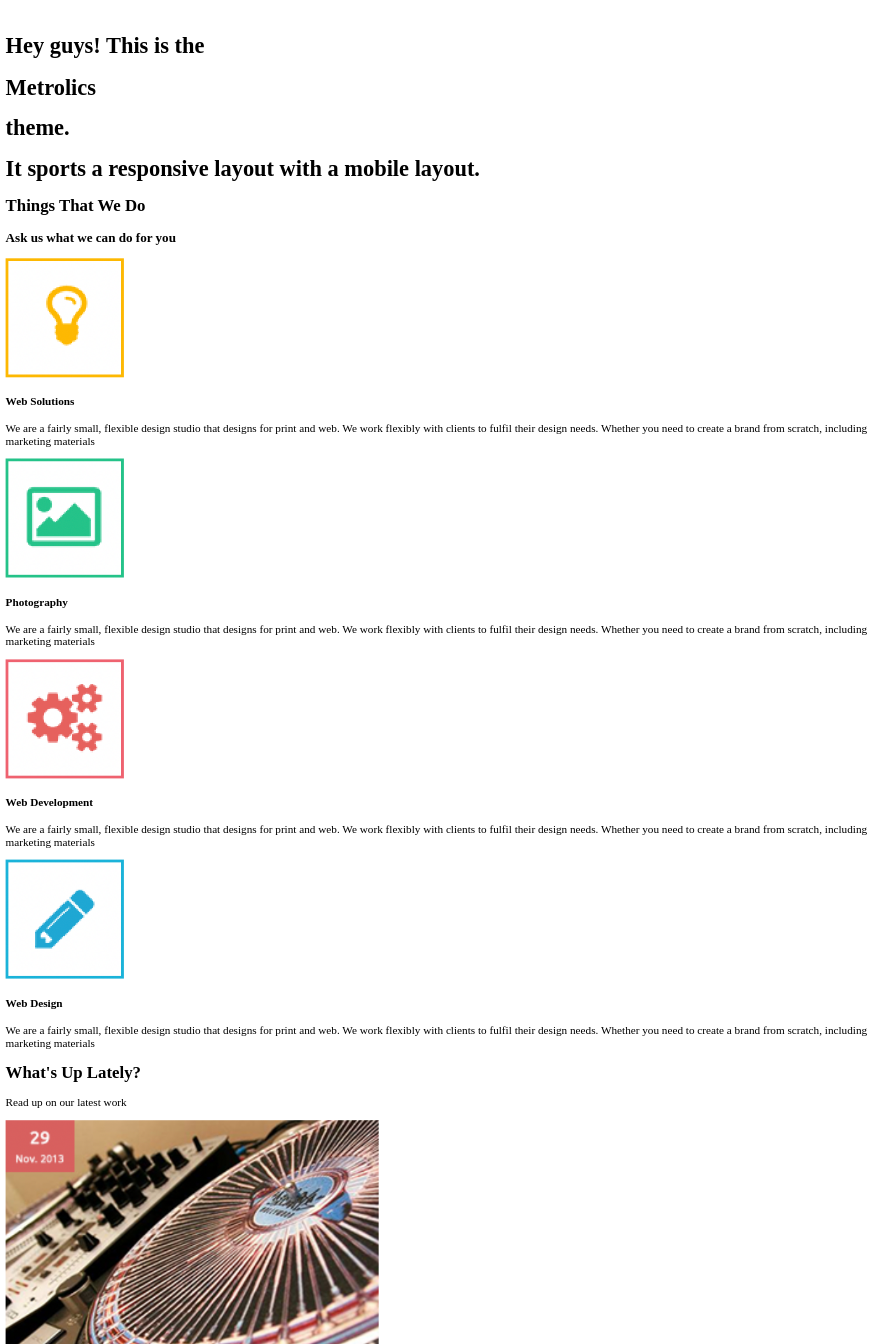
Repository: JerryWuOn/BCITPROJECT1-LAB-03B
Page: index.html
These files come from the project's save history. The page is drawn as it stood at one moment and after a run of saves; the edit follows.
The browser window is 1280 px wide. The pictures show the part of the page from y = 0 to 1920 px (the page is 9247 px tall before and 9281 px after), at 70% of full size.

Above is the page before, as saved 2023-01-27 18:00:19.

After the next 2 saves:
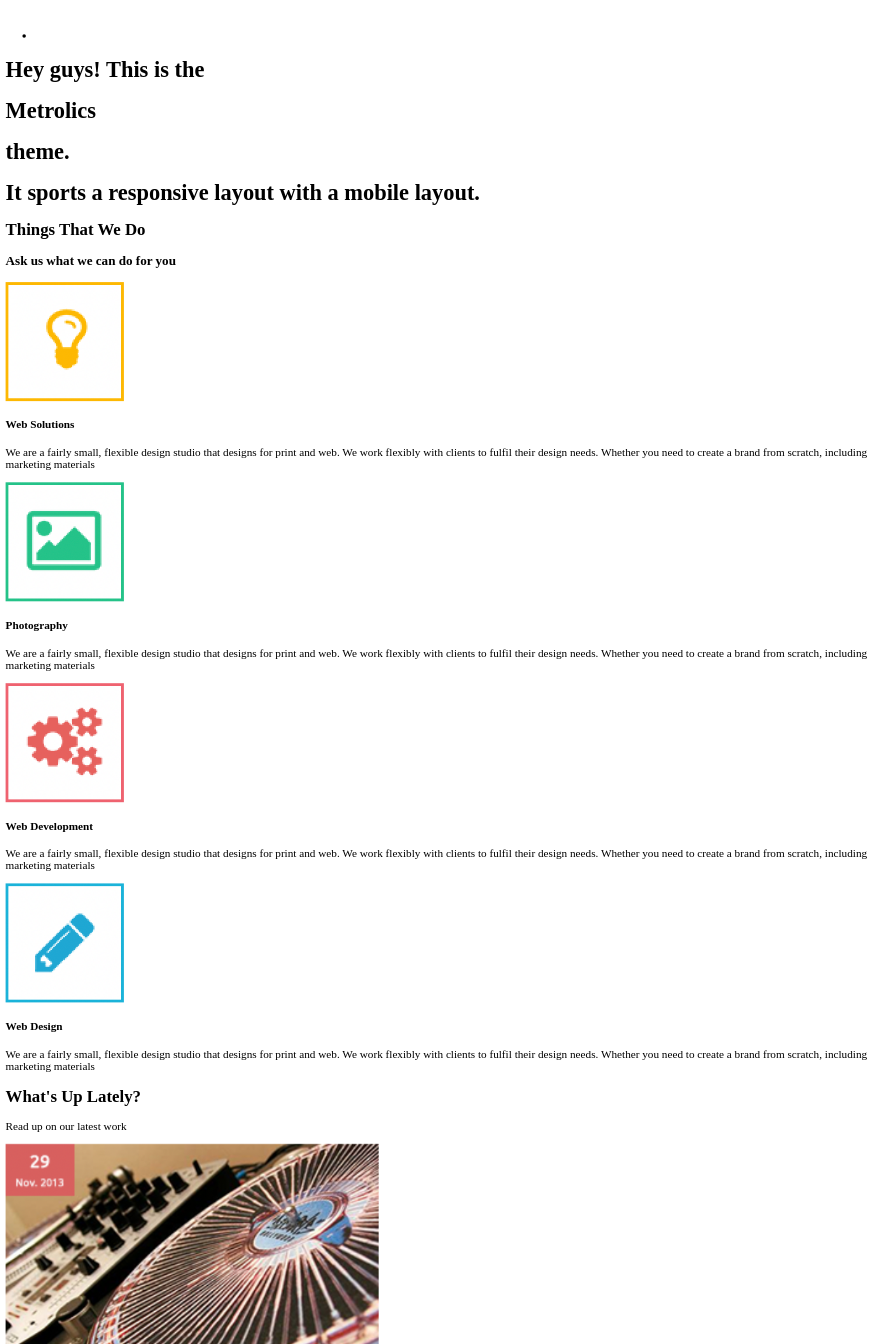
The 2 saves are shown as one change because they came seconds apart.
The last was saved 10 s later.
--- a/index.html
+++ b/index.html
@@ -12,7 +12,7 @@
       </div>
       <section class="home_pages">
         <ul class="page-links">
-
+          <li class="page"></li>
 
         </ul>
       </section>
